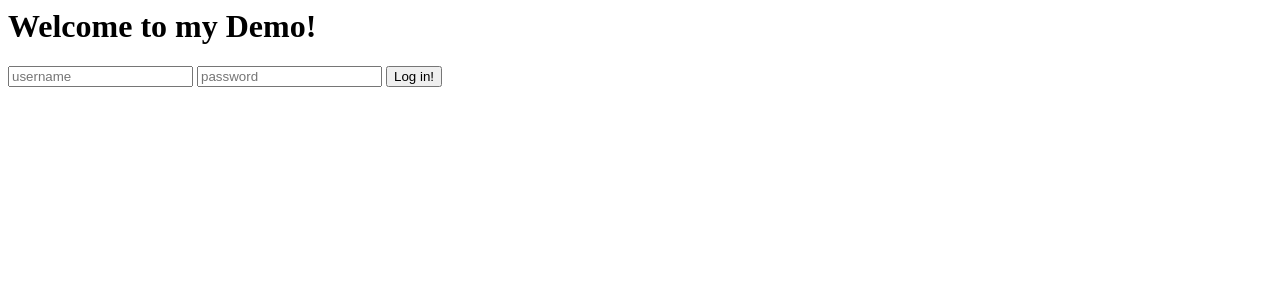
Repository: 2502-feb25-java-org/tiffany
Page: hello-servlets/src/main/webapp/WEB-INF/partials/landing.html
These files come from the project's save history. The page is drawn as it stood at one moment and after the next save; the edit follows.
The browser window is 1280 px wide. The pictures show the whole page.

Above is the page before, as saved 2019-03-21 20:35:25.

After the next save:
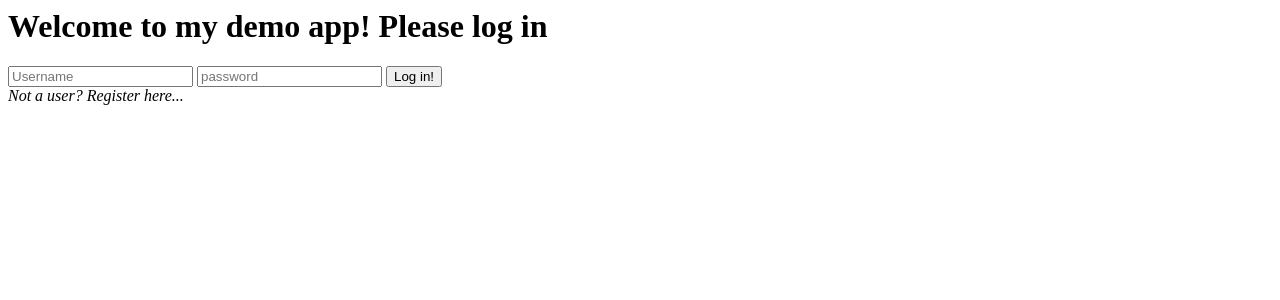
Saved 3 min 15 s later.
--- a/hello-servlets/src/main/webapp/WEB-INF/partials/landing.html
+++ b/hello-servlets/src/main/webapp/WEB-INF/partials/landing.html
@@ -1,6 +1,9 @@
-<h1>Welcome to my Demo!</h1>
-<input type= "text" id= "username" placeholder= "username" class= "form-control col-6">
-<input type= "password" class= "form-control cool-6" id= "password" placeholder= "password">
-<button class= "btn btn-warning" id="Login">Log in!</button>
-
-<span id="message"></span>
+<h1>Welcome to my demo app! Please log in </h1>
+ <input type="text" id="username" placeholder="Username"
+                class="form-control col-6">
+ <input type="password" class="form-control col-6" id="password"
+            		placeholder="password">
+ <button class="btn btn-warning" id="login">Log in!</button>
+ <span id="message"></span>
+ <br>
+<i> <a id="goToRegister">Not a user? Register here...</a></i>
